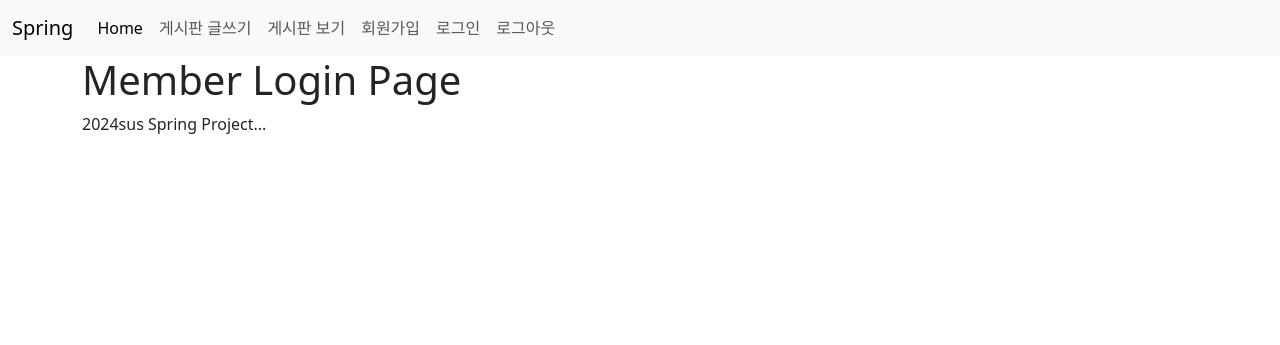
Repository: Ceciliaseon/springTest20240430
Page: http://localhost/spring_study/WEB-INF/views/member/login.jsp
An editor plug-in stored every save of this project. The page is shown before and after the next save, followed by the edit.
The browser window is 1280 px wide. The pictures show the whole page.
The page is served by Tomcat 9. Nobody is signed in. The template is opened directly, without the code that normally fills it, so the values that code supplies are empty.

Above is the page before, as saved 2024-04-25 07:43:25.

### spring_study/src/main/webapp/WEB-INF/views/member/login.jsp
<%@ page language="java" contentType="text/html; charset=UTF-8"
    pageEncoding="UTF-8"%>
<jsp:include page="../layout/header.jsp" />

<div class="container-md">
	<h1>Member Login Page</h1>
</div>

<jsp:include page="../layout/footer.jsp" />

### spring_study/src/main/webapp/WEB-INF/views/layout/header.jsp
<%@ page language="java" contentType="text/html; charset=UTF-8"
    pageEncoding="UTF-8"%>
<!DOCTYPE html>
<html>
<head>
<meta charset="UTF-8">
<title>header.jsp</title>
<link href="https://cdn.jsdelivr.net/npm/bootstrap@5.3.3/dist/css/bootstrap.min.css" rel="stylesheet" integrity="sha384-QWTKZyjpPEjISv5WaRU9OFeRpok6YctnYmDr5pNlyT2bRjXh0JMhjY6hW+ALEwIH" crossorigin="anonymous">
<script src="https://cdn.jsdelivr.net/npm/bootstrap@5.3.3/dist/js/bootstrap.bundle.min.js" integrity="sha384-YvpcrYf0tY3lHB60NNkmXc5s9fDVZLESaAA55NDzOxhy9GkcIdslK1eN7N6jIeHz" crossorigin="anonymous"></script>
</head>
<body>

<nav class="navbar navbar-expand-lg bg-body-tertiary">
  <div class="container-fluid">
    <a class="navbar-brand" href="#">Spring</a>
    <button class="navbar-toggler" type="button" data-bs-toggle="collapse" data-bs-target="#navbarSupportedContent" aria-controls="navbarSupportedContent" aria-expanded="false" aria-label="Toggle navigation">
      <span class="navbar-toggler-icon"></span>
    </button>
    <div class="collapse navbar-collapse" id="navbarSupportedContent">
      <ul class="navbar-nav me-auto mb-2 mb-lg-0">
        <li class="nav-item">
          <a class="nav-link active" aria-current="page" href="#">Home</a>
        </li>
        <li class="nav-item">
          <a class="nav-link" href="/board/register">게시판 글쓰기</a>
        </li>
        <li class="nav-item">
          <a class="nav-link" href="/board/list">게시판 보기</a>
        </li>
        <li class="nav-item">
          <a class="nav-link" href="/member/register">회원가입</a>
        </li>
        <li class="nav-item">
          <a class="nav-link" href="#">로그인</a>
        </li>
        <li class="nav-item">
          <a class="nav-link" href="#">로그아웃</a>
        </li>
      </ul>
    </div>
  </div>
</nav>

### spring_study/src/main/webapp/WEB-INF/views/layout/footer.jsp
<%@ page language="java" contentType="text/html; charset=UTF-8"
    pageEncoding="UTF-8"%>

<div class="container-md">
	2024sus Spring Project...
</div>

</body>
</html>

After the next save:
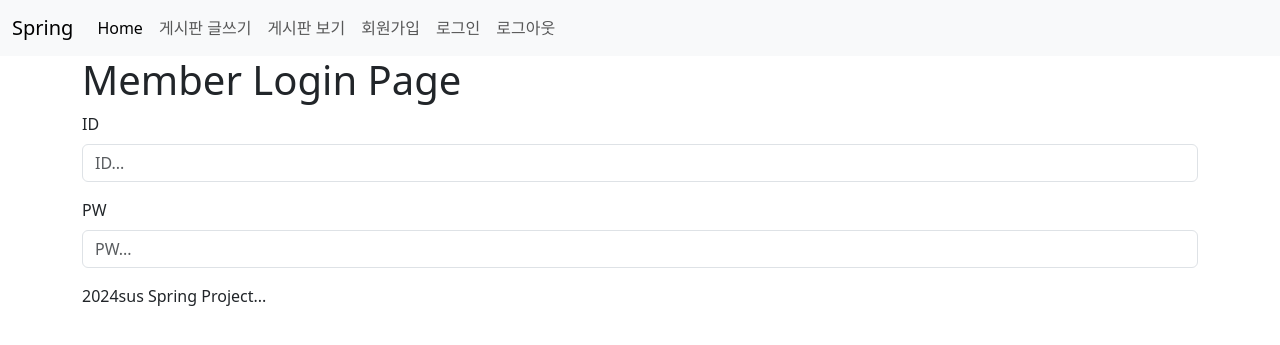
Saved 23 s later.
--- a/spring_study/src/main/webapp/WEB-INF/views/member/login.jsp
+++ b/spring_study/src/main/webapp/WEB-INF/views/member/login.jsp
@@ -1,9 +1,20 @@
 <%@ page language="java" contentType="text/html; charset=UTF-8"
     pageEncoding="UTF-8"%>
+
 <jsp:include page="../layout/header.jsp" />
 
 <div class="container-md">
 	<h1>Member Login Page</h1>
+	<form action="/member/register" method="post">
+		<div class="mb-3">
+		  <label for="i" class="form-label">ID</label>
+		  <input type="text" class="form-control" name="id" id="i" placeholder="ID...">
+		</div>
+		<div class="mb-3">
+		  <label for="p" class="form-label">PW</label>
+		  <input type="password" class="form-control" name="pw" id="p" placeholder="PW...">
+		</div>
+	</form>
 </div>
 
 <jsp:include page="../layout/footer.jsp" />
